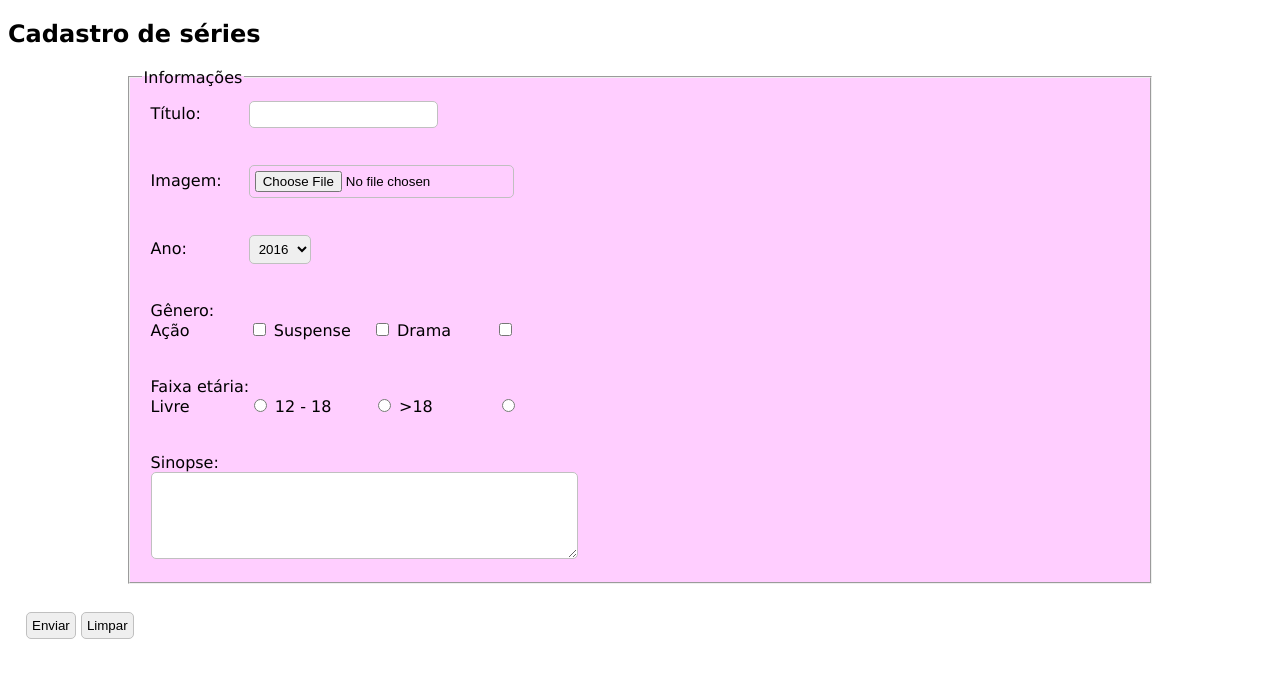
Repository: shamanickCoder/FIAP
Page: Desenvolvimentos de Sistemas Web/1 semestre/Javascript/CSS-AULAS/09-CSS/WebContent/cadastro.html
These files come from the project's save history. The page is drawn as it stood at one moment and after the next save; the edit follows.
The browser window is 1280 px wide. The pictures show the whole page.

Above is the page before, as saved 2016-03-30 12:09:26.

### Desenvolvimentos de Sistemas Web/1 semestre/Javascript/CSS-AULAS/09-CSS/WebContent/cadastro.html
<!DOCTYPE html>
<html>
<head>
<meta charset="UTF-8">
<link href = "estilo.css" type = "text/css" rel = "stylesheet">
<title>Cadastro de séries</title>
</head>
<body>
<h2>Cadastro de séries</h2>
<div class = "campo">
<form action = "cadastro" method = "post">
 <fieldset>
  <legend>Informações</legend>
  <div class = "campo">
   <label for = "titulo">Título:</label>
   <input type = "text" name = "titulo" id = "titulo">
  </div>
  <br>
  <div class = "campo">
   <label for = "imagem">Imagem:</label>
   <input type = "file" value = "Procurar" name = "imagem" id = "imagem">
  </div>
  <br>
  <div class = "campo">
   <label for = "ano">Ano:</label>
   <select name = "ano" id = "ano">
    <option>2016</option>
    <option>2015</option>
    <option>2014</option>
    <option>2013</option>
    <option>2012</option>
   </select>
  </div>
  <br>
  <div class = "campo">
   Gênero:
   <br>
   <label for = "acao">Ação</label> <input type = "checkbox" name = "acao" id = "acao">
   <label for = "suspense">Suspense</label> <input type = "checkbox" name = "suspense" id = "suspense">
   <label for = "drama">Drama</label> <input type = "checkbox" name = "drama" id = "drama">
  </div>
  <br>
  <div class = "campo">
   Faixa etária:
   <br>
   <label for = "livre">Livre</label> <input type = "radio" name = "faixa" id = "livre">
   <label for = "doze">12 - 18</label> <input type = "radio" name = "faixa" id = "doze">
   <label for = "dezoito">>18</label> <input type = "radio" name = "faixa" id = "dezoito">
  </div>
  <br>
  <div class = "campo">
   <label for = "sinopse">Sinopse:</label>
   <br>
   <textarea rows = "5" cols = "50" id = "sinopse" name = "sinopse"></textarea>
  </div>
 </fieldset>
 <br>
 <div class = "campo">
  <input type = "submit" value = "Enviar">
  <input type = "reset" value = "Limpar">
 </div>
</form>
</div>
</body>
</html>

### Desenvolvimentos de Sistemas Web/1 semestre/Javascript/CSS-AULAS/09-CSS/WebContent/estilo.css
body {
	font-family: Verdana, Sans-serif;
}
.campo {
	margin: 9px;
}
fieldset {
	background-color: #ffceff;
	width: 80%; /*largura*/
	margin: auto; /*centralizar*/
}
label {
	width: 93px;
	display: inline-block; /*para a largura (width) funcionar*/
}
input, select, textarea {
	border: 1px solid silver; /*borda*/
	border-radius: 5px; /*borda arredondada*/
	padding: 5px;
}
.botao {
	background-color: #a95658;
	cursor: pointer;
}

After the next save:
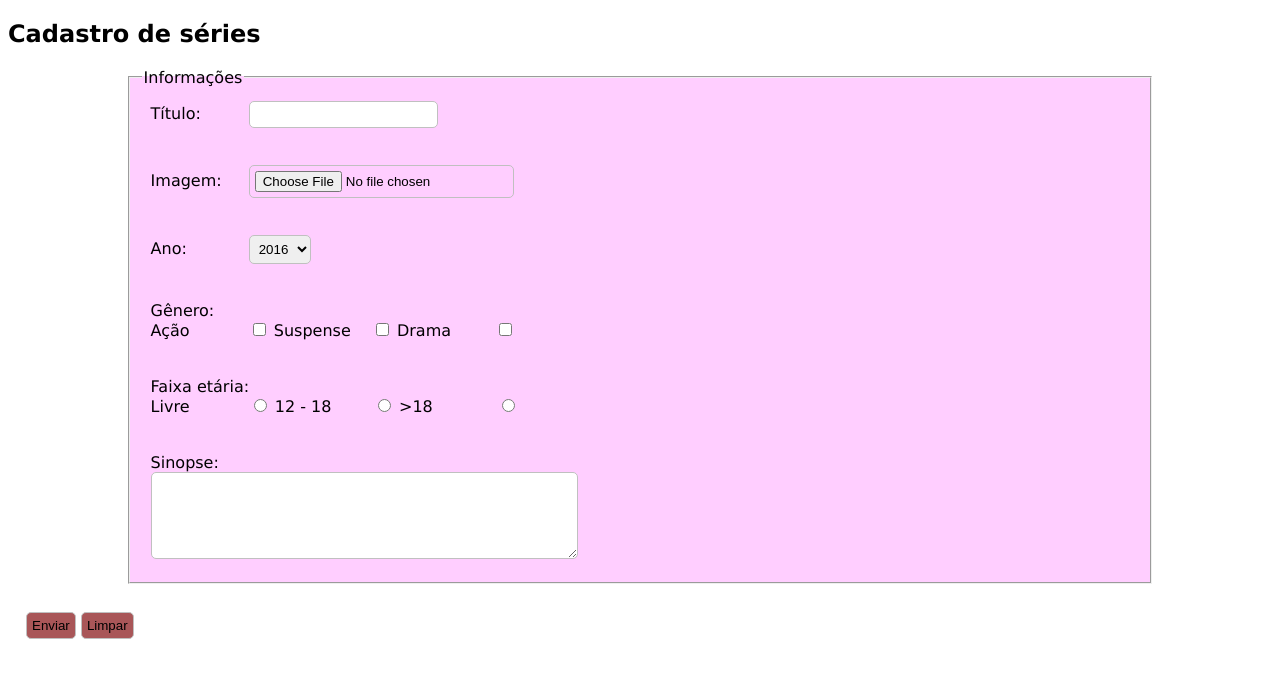
Saved 4 s later.
--- a/Desenvolvimentos de Sistemas Web/1 semestre/Javascript/CSS-AULAS/09-CSS/WebContent/cadastro.html
+++ b/Desenvolvimentos de Sistemas Web/1 semestre/Javascript/CSS-AULAS/09-CSS/WebContent/cadastro.html
@@ -56,8 +56,8 @@
  </fieldset>
  <br>
  <div class = "campo">
-  <input type = "submit" value = "Enviar">
-  <input type = "reset" value = "Limpar">
+  <input type = "submit" value = "Enviar" class = "botao">
+  <input type = "reset" value = "Limpar" class = "botao">
  </div>
 </form>
 </div>
